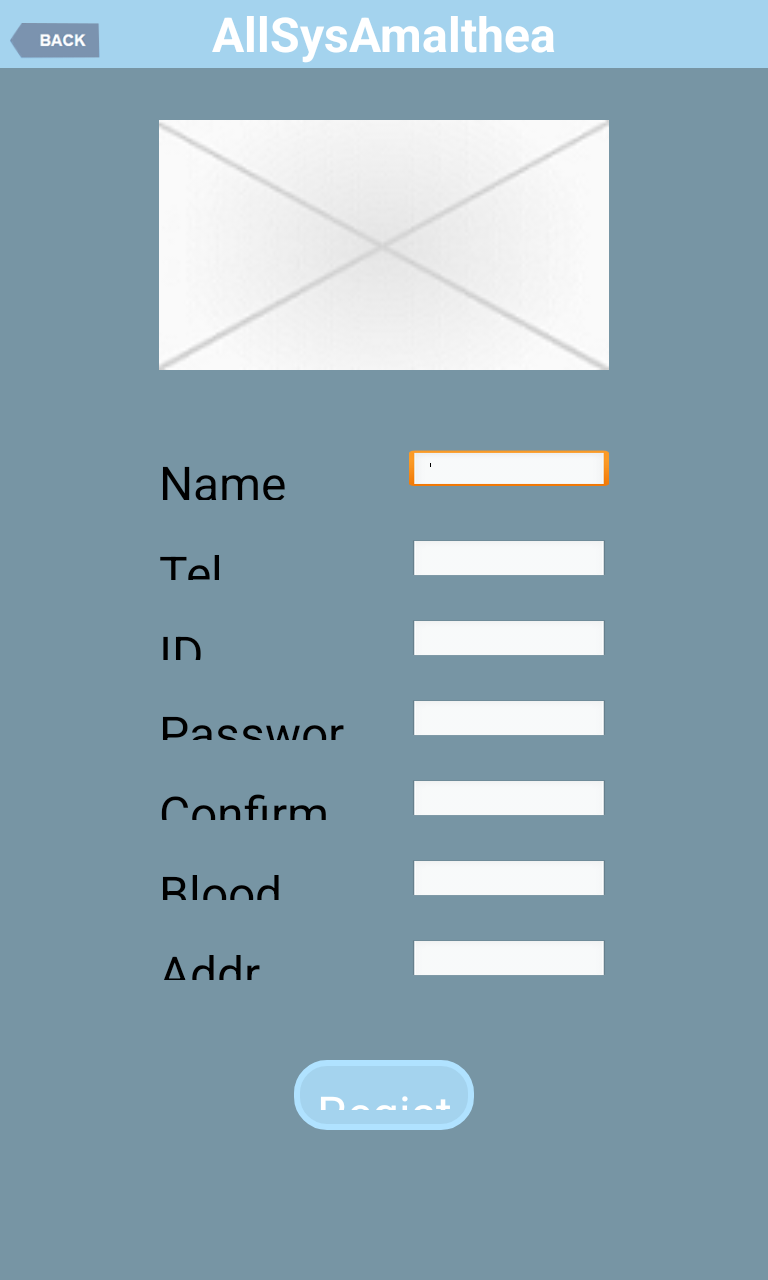
Repository: AllSysAmalthea/AllSys
Layout: APP/AppUI code/代码/Allsys/res/layout/activity_register.xml
These files come from the project's save history. The layout is drawn as it stood at one moment and after the next save; the edit follows.
It is drawn on a 768 x 1280 px phone screen (xhdpi) without system bars, with theme android:Theme.NoTitleBar; the app's code is not run.

Above is the layout before, as saved 2015-06-08 02:42:06.

### APP/AppUI code/代码/Allsys/res/layout/activity_register.xml
<RelativeLayout xmlns:android="http://schemas.android.com/apk/res/android"
    xmlns:tools="http://schemas.android.com/tools"
    android:layout_width="match_parent"
    android:layout_height="wrap_content"
    android:layout_gravity="center_horizontal"
    android:background="@drawable/back"
    android:gravity="top"
    tools:context=".LogInActivity" >

    <AbsoluteLayout
        android:id="@+id/linearLayout1"
        android:layout_width="fill_parent"
        android:layout_height="wrap_content"
        android:orientation="horizontal" >

        <TextView
            android:id="@+id/header_text"
            android:layout_width="fill_parent"
            android:layout_height="68px"
            android:layout_x="0px"
        	android:layout_y="0px"
            android:gravity="center"
            android:singleLine="true"
            android:text="AllSysAmalthea"
            android:background="#A4D3EE"
            android:textColor="#ffffff"
            android:textSize="24sp"
            android:textStyle="bold" />

        <ImageButton
            android:id="@+id/header_left_btn"
            android:layout_width="90px"
            android:layout_height="60px"
            android:layout_x="5dp"
            android:layout_y="4dp"
            android:background="@drawable/pic2" />

    </AbsoluteLayout>

     <TextView
         android:id="@+id/textview1"
         android:layout_width="200px"
         android:layout_height="50px"
         android:layout_alignLeft="@+id/myImageView1"
         android:layout_below="@+id/myImageView1"
         android:layout_marginTop="40dp"
         android:textColor="#000000"
         android:textSize="24sp"
         android:text="Name" />

     <EditText
         android:id="@+id/Name"
         android:layout_width="200px"
         android:layout_height="40px"
         android:layout_alignRight="@+id/myImageView1"
         android:layout_alignTop="@+id/textview1"
         android:ems="10"
         android:textSize="24sp"
         android:inputType="textPersonName" >

         <requestFocus />
     </EditText>

     <EditText
         android:id="@+id/Tel"
         android:layout_width="200px"
         android:layout_height="40px"
         android:layout_alignLeft="@+id/Name"
         android:layout_alignTop="@+id/textView2"
         android:ems="10"
         android:textSize="24sp"/>

     <TextView
         android:id="@+id/textView3"
         android:layout_width="200px"
         android:layout_height="40px"
         android:layout_alignLeft="@+id/textView2"
         android:layout_below="@+id/textView2"
         android:layout_marginTop="20dp"
         android:text="ID"
         android:textColor="#000000"
         android:textSize="24sp"/>

     <EditText
         android:id="@+id/ID"
         android:layout_width="200px"
         android:layout_height="40px"
         android:layout_alignLeft="@+id/Tel"
         android:layout_alignTop="@+id/textView3"
         android:ems="10"
         android:textSize="24sp" />

     <TextView
         android:id="@+id/textView4"
         android:layout_width="200px"
         android:layout_height="40px"
         android:layout_alignLeft="@+id/textView3"
         android:layout_below="@+id/textView3"
         android:layout_marginTop="20dp"
         android:text="Password"
         android:textColor="#000000"
         android:textSize="24sp" />

     <EditText
         android:id="@+id/Password"
         android:layout_width="200px"
         android:layout_height="40px"
         android:layout_alignLeft="@+id/ID"
         android:layout_alignTop="@+id/textView4"
         android:ems="10"
         android:inputType="textPassword" />

     <TextView
         android:id="@+id/textView5"
         android:layout_width="200px"
         android:layout_height="40px"
         android:layout_alignLeft="@+id/textView4"
         android:layout_below="@+id/textView4"
         android:layout_marginTop="20dp"
         android:text="Confirm"
         android:textColor="#000000"
         android:textSize="24sp" />

     <EditText
         android:id="@+id/Confirm"
         android:layout_width="200px"
         android:layout_height="40px"
         android:layout_alignLeft="@+id/Password"
         android:layout_alignTop="@+id/textView5"
         android:ems="10"
         android:inputType="textPassword" />

     <TextView
         android:id="@+id/textView6"
         android:layout_width="200px"
         android:layout_height="40px"
         android:layout_alignLeft="@+id/textView5"
         android:layout_below="@+id/textView5"
         android:layout_marginTop="20dp"
         android:text="Blood"
         android:textColor="#000000"
         android:textSize="24sp" />

     <EditText
         android:id="@+id/Blood"
         android:layout_width="200px"
         android:layout_height="40px"
         android:layout_alignLeft="@+id/Confirm"
         android:layout_alignTop="@+id/textView6"
         android:ems="10" />

     <TextView
         android:id="@+id/textView7"
         android:layout_width="200px"
         android:layout_height="40px"
         android:layout_alignLeft="@+id/textView6"
         android:layout_below="@+id/textView6"
         android:layout_marginTop="20dp"
         android:text="Addr"
         android:textColor="#000000"
         android:textSize="24sp" />

     <EditText
         android:id="@+id/Addr"
         android:layout_width="200px"
         android:layout_height="40px"
         android:layout_alignLeft="@+id/Blood"
         android:layout_alignTop="@+id/textView7"
         android:ems="10" />

	<Button
	    android:id="@+id/Register"
	    android:layout_width="180px"
	    android:layout_height="70px"
	    android:layout_below="@+id/textView7"
	    android:layout_centerHorizontal="true"
	    android:layout_marginTop="40dp"
	    android:background="@drawable/shape3"
	    android:text="Register"
	    android:textColor="#ffffff"
	    android:textSize="24sp" />

	<ImageView
	    android:id="@+id/myImageView1"
	    android:layout_width="450px"
	    android:layout_height="250px"
	    android:layout_below="@+id/linearLayout1"
	    android:layout_centerHorizontal="true"
	    android:layout_marginTop="26dp"
	    android:background="@drawable/news2" />

	<TextView
	    android:id="@+id/textView2"
	    android:layout_width="200px"
	    android:layout_height="40px"
	    android:layout_alignLeft="@+id/textview1"
	    android:layout_below="@+id/textview1"
	    android:layout_marginTop="20dp"
	    android:text="Tel"
	    android:textColor="#000000"
	    android:textSize="24sp" />

</RelativeLayout>

### APP/AppUI code/代码/Allsys/res/drawable-mdpi/shape3.xml
<?xml version="1.0" encoding="utf-8"?>
<shape xmlns:android="http://schemas.android.com/apk/res/android"
    android:shape="rectangle" >

    <!-- 填充的颜色：这里设置背景透明 -->
    <solid android:color="#A4D3EE" />
    <!-- 边框的颜色 ：不能和窗口背景色一样-->
    <stroke
        android:width="3dp"
        android:color="#B0E2FF" />
    <!-- 设置按钮的四个角为弧形 -->
    <!-- android:radius 弧形的半径 -->
    <corners android:radius="15dip" />

    <!-- padding：Button里面的文字与Button边界的间隔 -->
    <padding
        android:bottom="10dp"
        android:left="10dp"
        android:right="10dp"
        android:top="10dp" />

</shape>

After the next save:
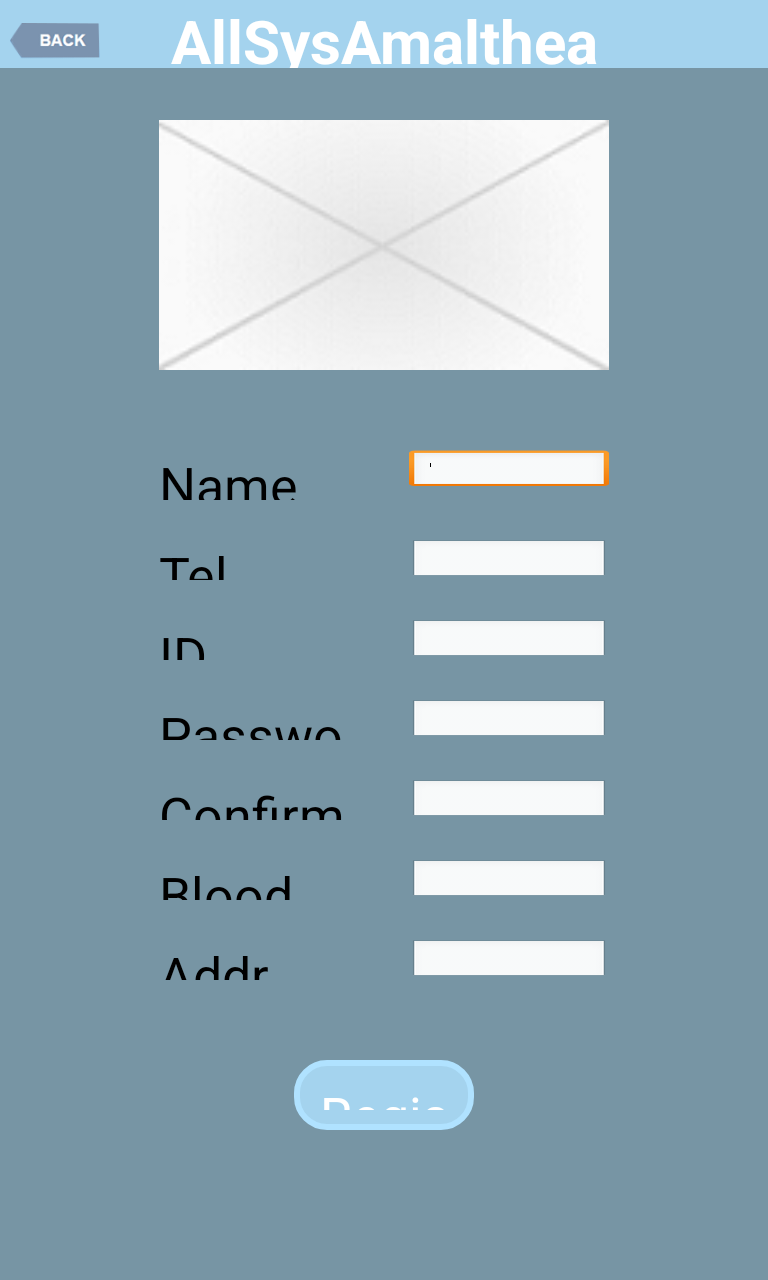
Saved 50 s later.
--- a/APP/AppUI code/代码/Allsys/res/layout/activity_register.xml
+++ b/APP/AppUI code/代码/Allsys/res/layout/activity_register.xml
@@ -24,7 +24,7 @@
             android:text="AllSysAmalthea"
             android:background="#A4D3EE"
             android:textColor="#ffffff"
-            android:textSize="24sp"
+            android:textSize="30sp"
             android:textStyle="bold" />
 
         <ImageButton
@@ -45,7 +45,7 @@
          android:layout_below="@+id/myImageView1"
          android:layout_marginTop="40dp"
          android:textColor="#000000"
-         android:textSize="24sp"
+         android:textSize="26sp"
          android:text="Name" />
 
      <EditText
@@ -55,7 +55,7 @@
          android:layout_alignRight="@+id/myImageView1"
          android:layout_alignTop="@+id/textview1"
          android:ems="10"
-         android:textSize="24sp"
+         android:textSize="26sp"
          android:inputType="textPersonName" >
 
          <requestFocus />
@@ -68,7 +68,7 @@
          android:layout_alignLeft="@+id/Name"
          android:layout_alignTop="@+id/textView2"
          android:ems="10"
-         android:textSize="24sp"/>
+         android:textSize="26sp"/>
 
      <TextView
          android:id="@+id/textView3"
@@ -79,7 +79,7 @@
          android:layout_marginTop="20dp"
          android:text="ID"
          android:textColor="#000000"
-         android:textSize="24sp"/>
+         android:textSize="26sp"/>
 
      <EditText
          android:id="@+id/ID"
@@ -88,7 +88,7 @@
          android:layout_alignLeft="@+id/Tel"
          android:layout_alignTop="@+id/textView3"
          android:ems="10"
-         android:textSize="24sp" />
+         android:textSize="26sp" />
 
      <TextView
          android:id="@+id/textView4"
@@ -99,7 +99,7 @@
          android:layout_marginTop="20dp"
          android:text="Password"
          android:textColor="#000000"
-         android:textSize="24sp" />
+         android:textSize="26sp" />
 
      <EditText
          android:id="@+id/Password"
@@ -119,7 +119,7 @@
          android:layout_marginTop="20dp"
          android:text="Confirm"
          android:textColor="#000000"
-         android:textSize="24sp" />
+         android:textSize="26sp" />
 
      <EditText
          android:id="@+id/Confirm"
@@ -139,7 +139,7 @@
          android:layout_marginTop="20dp"
          android:text="Blood"
          android:textColor="#000000"
-         android:textSize="24sp" />
+         android:textSize="26sp" />
 
      <EditText
          android:id="@+id/Blood"
@@ -158,7 +158,7 @@
          android:layout_marginTop="20dp"
          android:text="Addr"
          android:textColor="#000000"
-         android:textSize="24sp" />
+         android:textSize="26sp" />
 
      <EditText
          android:id="@+id/Addr"
@@ -178,7 +178,7 @@
 	    android:background="@drawable/shape3"
 	    android:text="Register"
 	    android:textColor="#ffffff"
-	    android:textSize="24sp" />
+	    android:textSize="26sp" />
 
 	<ImageView
 	    android:id="@+id/myImageView1"
@@ -198,6 +198,6 @@
 	    android:layout_marginTop="20dp"
 	    android:text="Tel"
 	    android:textColor="#000000"
-	    android:textSize="24sp" />
+	    android:textSize="26sp" />
 
 </RelativeLayout>
